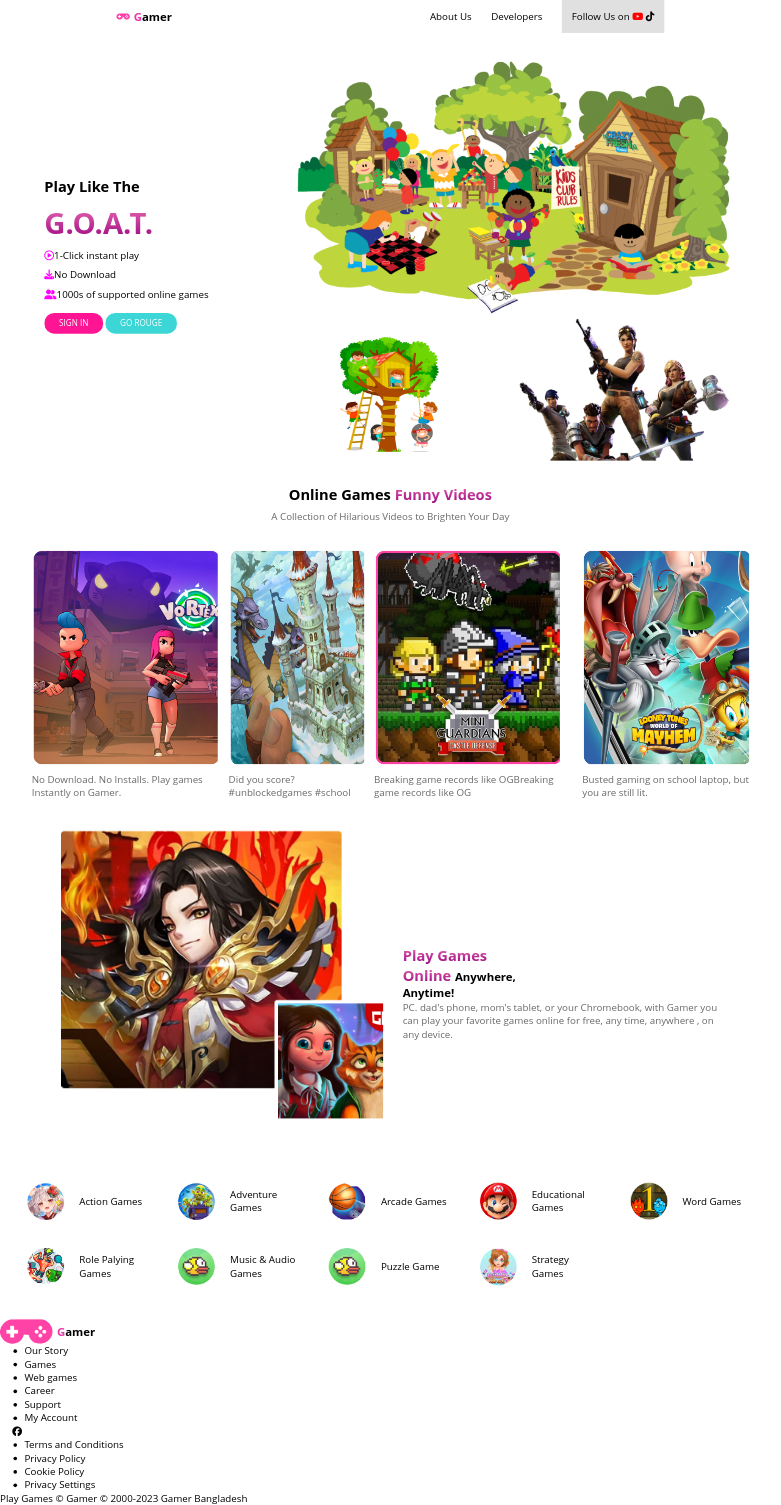
Repository: sadiaafsana138/Gamer-Zone
Page: index.html
These files come from the project's save history. The page is drawn as it stood at one moment and after the next save; the edit follows.
The browser window is 1280 px wide. The pictures show the whole page, at 61% of full size.
Some web libraries are served in a nearby version.

Above is the page before, as saved 2023-09-06 22:15:39.

After the next save:
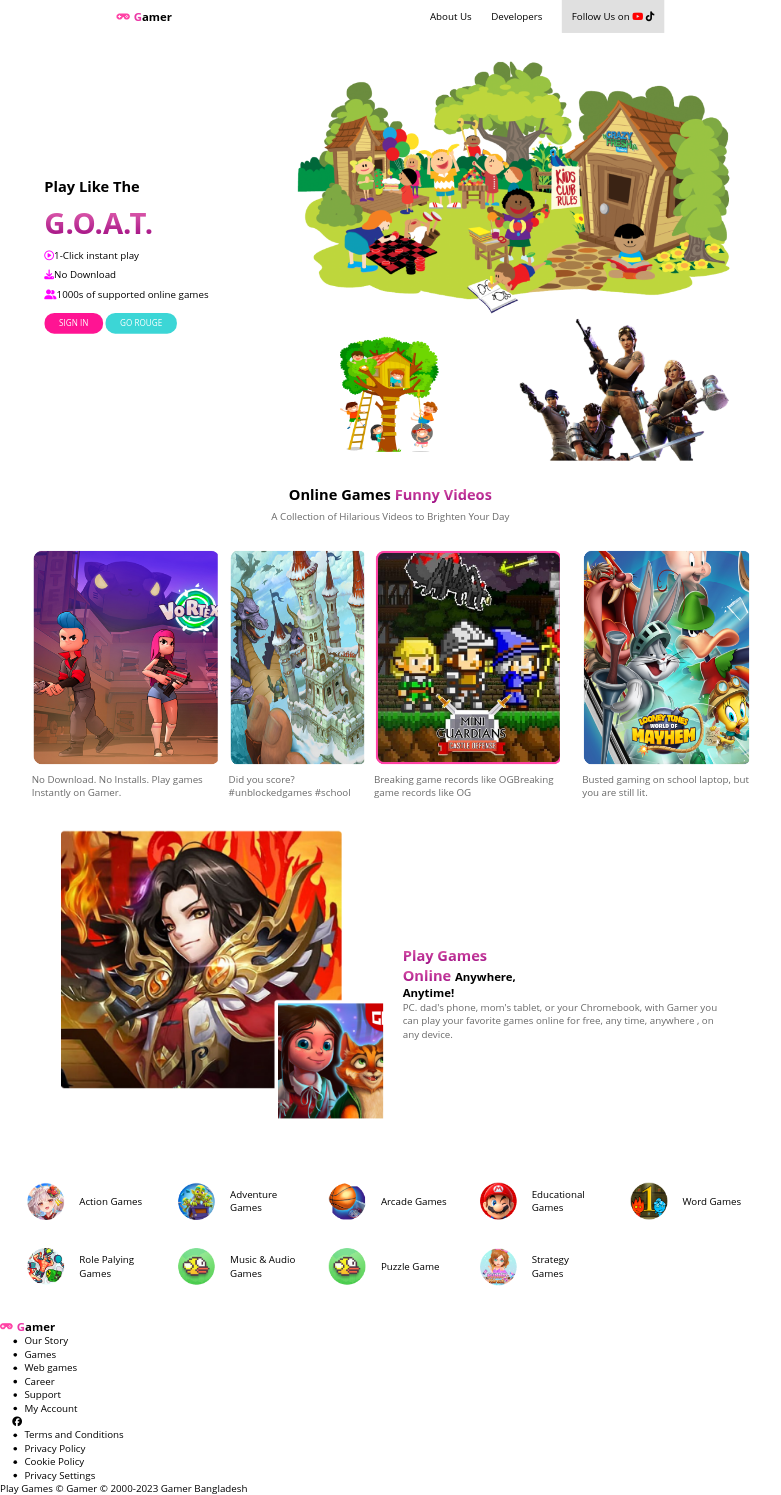
Saved 102 s later.
--- a/index.html
+++ b/index.html
@@ -201,7 +201,7 @@
     <footer>
         <section Class="Section-6">
             <div class="menupart1">
-                <img src="images/1.png" alt="logo">
+                <img src="images/1.png" alt="logo" height="10px">
                 <h3><span class="pink-Color">G</span>amer</h3>
             </div>
             <Div>
